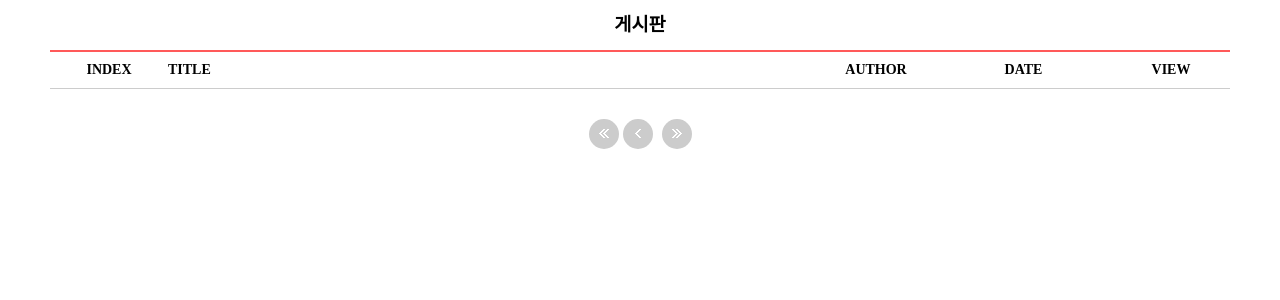
Repository: kmbm0916-biz/JSP_Noticeboard
Page: http://localhost/Board_30604/index.jsp?pagenum=1
An editor plug-in stored every save of this project. The page is shown before and after the next save, followed by the edit.
The browser window is 1280 px wide. The pictures show the whole page.
The page is served by Tomcat 9. Queries for data that is not in the repository find no rows.

Above is the page before, as saved 2021-10-20 04:47:09.

After the next save:
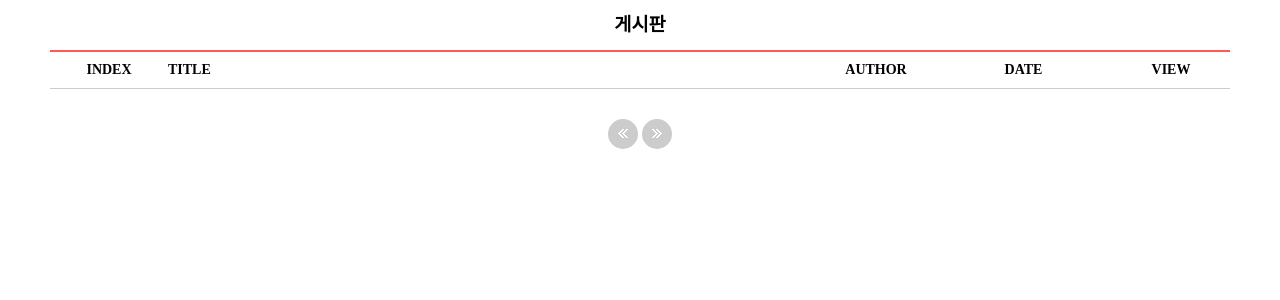
Saved 13 s later.
--- a/30604 김강민 게시판_jsp/Board_30604/WebContent/index.jsp
+++ b/30604 김강민 게시판_jsp/Board_30604/WebContent/index.jsp
@@ -59,7 +59,7 @@
         %>
         <div class="paging">
             <a href="index.jsp?pagenum=1" class="bt first">처음 페이지</a>
-            <a href="index.jsp?pagenum=<%=pageno + 1 %>" class="bt prev">이전 페이지</a>
+<%--             <a href="index.jsp?pagenum=<%=pageno + 1 %>" class="bt prev">이전 페이지</a> --%>
             <%for(int pageidx = 1; pageidx <= pageno; pageidx++){ %>
             <a href="index.jsp?pagenum=<%=pageidx %>" class="idx"><%=pageidx %></a>
             <%} %>

After the 4 saves that followed:
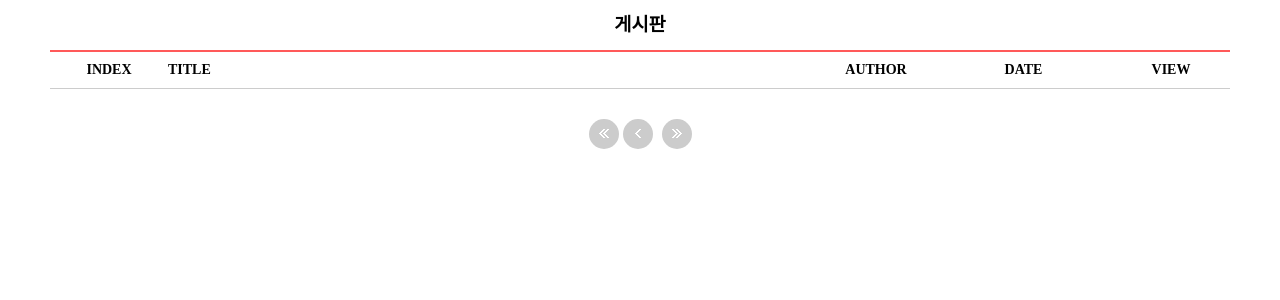
The 4 saves are shown as one change because 2 left the picture as it was and some came seconds apart.
The last was saved 2 min 20 s later.
--- a/30604 김강민 게시판_jsp/Board_30604/WebContent/index.jsp
+++ b/30604 김강민 게시판_jsp/Board_30604/WebContent/index.jsp
@@ -10,7 +10,7 @@
 	Connection conn = Util.getConnection();
 	Statement stmt = conn.createStatement();
 
-
+	String page_cur = Util.getParamNN(request.getParameter("pagenum"));
 %>
 <!DOCTYPE html>
 <html>
@@ -59,7 +59,7 @@
         %>
         <div class="paging">
             <a href="index.jsp?pagenum=1" class="bt first">처음 페이지</a>
-<%--             <a href="index.jsp?pagenum=<%=pageno + 1 %>" class="bt prev">이전 페이지</a> --%>
+			<a href="index.jsp?pagenum=<%=pageno + 1 %>" class="bt prev">이전 페이지</a>
             <%for(int pageidx = 1; pageidx <= pageno; pageidx++){ %>
             <a href="index.jsp?pagenum=<%=pageidx %>" class="idx"><%=pageidx %></a>
             <%} %>
